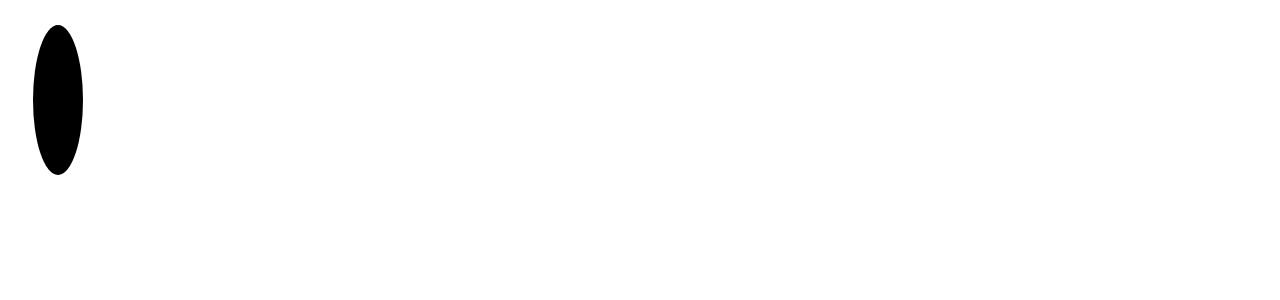
Repository: hidayatmansuri/keyframes
Page: index.html
The author's editor kept a record of every edit. The page is drawn from the files as they stood at one moment, then again after the next edit.
The browser window is 1280 px wide. The pictures show the whole page.

Above is the page before.

After the next edit:
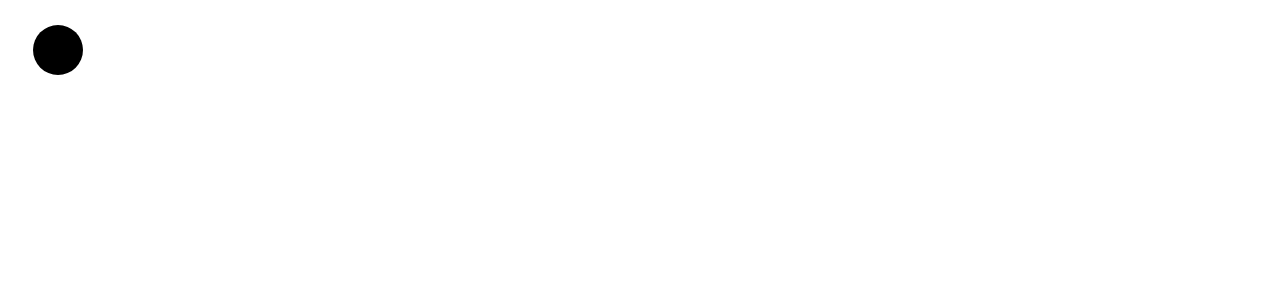
The edit:
--- a/main.css
+++ b/main.css
@@ -16,7 +16,7 @@
         left: 0; top: 0;
     }
 
-    to {
-        height: 150px;
+    100% {
+        left:0; top: 200px;
     }
 }
